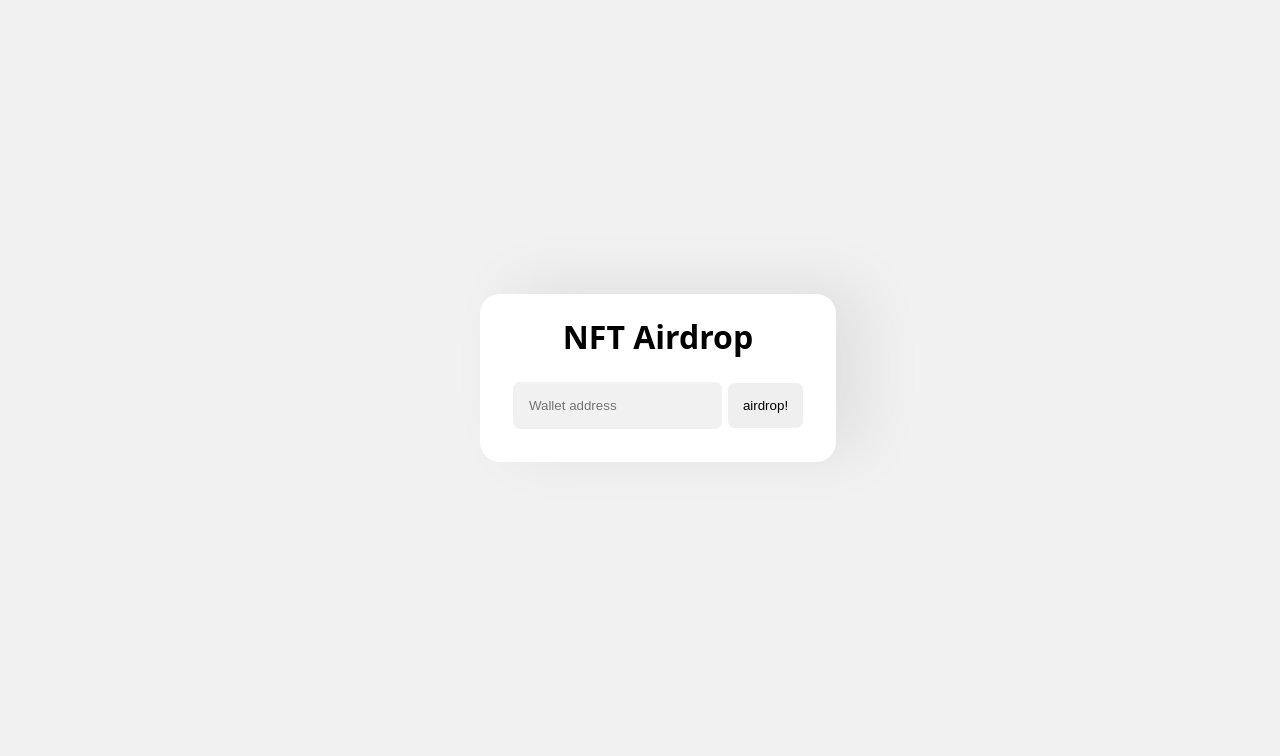
Repository: langf00rd/nft-airdropper
Page: /
These files come from the project's save history. The page is drawn as it stood at one moment and after the next save; the edit follows.
The browser window is 1280 px wide. The pictures show the whole page.
The project was rebuilt for these pictures with package versions that can differ from the ones it lists, and the page was loaded fresh each time.

Above is the page before, as saved 2022-07-15 17:23:19.

### src/index.css
body {
  font-family: system-ui, -apple-system, BlinkMacSystemFont, 'Segoe UI', Roboto, Oxygen, Ubuntu, Cantarell, 'Open Sans', 'Helvetica Neue', sans-serif;
  background: #f1f1f1;
}

* {
  overflow: hidden;
}

main {
  width: 100vw;
  height: 100vh;
  display: flex;
  align-items: center;
  justify-content: center;
  flex-direction: column;
  padding: 10px;
}

.content {
  background: #fff;
  max-width: 900px;
  padding: 30px;
  box-shadow: 30px -10px 63px #00000012;
  padding-top: 0;
  border-radius: 20px;
}

input,
button {
  padding: 15px;
  margin: 3px;
  border: none;
  outline: none;
  border-radius: 7px;
}

input {
  border: 1px solid #f1f1f1;
  background: #f1f1f1;
}

button {
  cursor: pointer;
}

### src/App.js
import './App.css';

function App() {
  return (
    <div className="App">
      <main>
        <div className='content'>
          <h1>NFT Airdrop</h1>
          <div>
            <input placeholder='Wallet address' />
            <button>airdrop!</button>
          </div>
        </div>
      </main>
    </div >
  );
}

export default App;

Loaded but not shown: public/index.html (common file); src/index.js (common file); src/reportWebVitals.js (common file); src/App.css (common file)

After the next save:
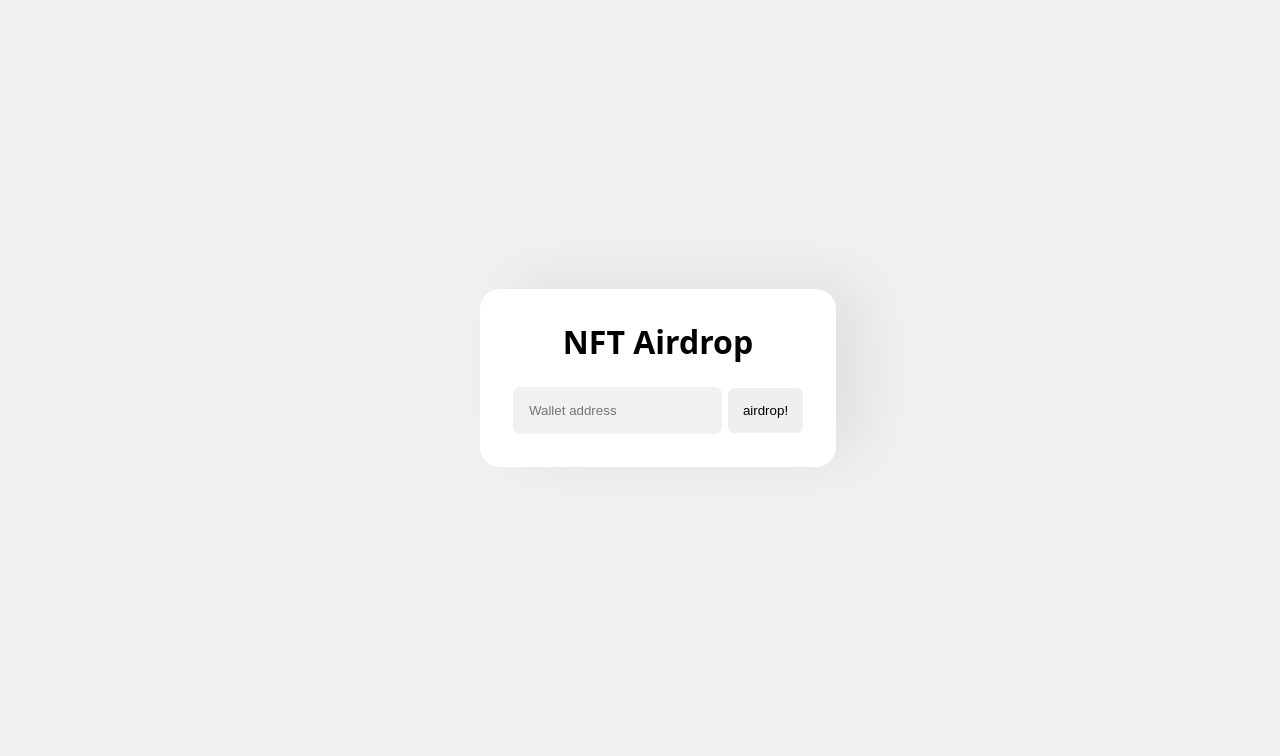
Saved 5 s later.
--- a/src/index.css
+++ b/src/index.css
@@ -22,7 +22,7 @@ main {
   max-width: 900px;
   padding: 30px;
   box-shadow: 30px -10px 63px #00000012;
-  padding-top: 0;
+  padding-top: 10px;
   border-radius: 20px;
 }
 
